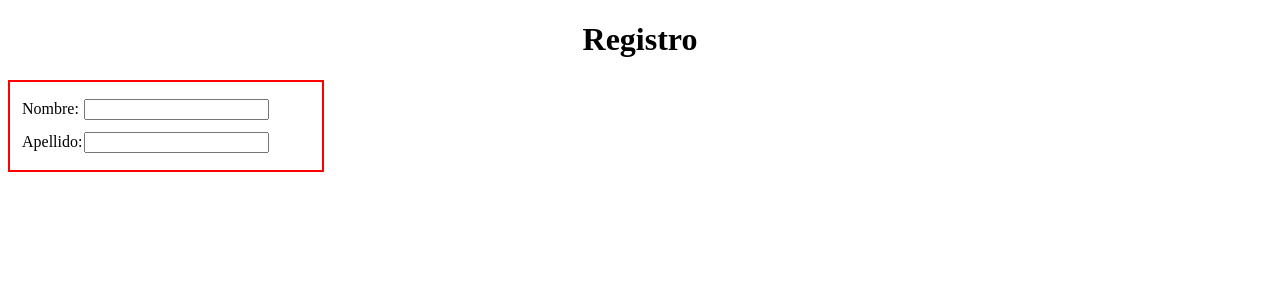
Repository: jchemile/varios
Page: pildoras_informaticas/javaee/Primeros_pasos_JSP/WebContent/Formuario_Login.html
These files come from the project's save history. The page is drawn as it stood at one moment and after the next save; the edit follows.
The browser window is 1280 px wide. The pictures show the whole page.

Above is the page before, as saved 2020-04-20 05:04:58.

### pildoras_informaticas/javaee/Primeros_pasos_JSP/WebContent/Formuario_Login.html
<!doctype html>

<html>
<head>
<meta charset = "utf-8">
<title>Documento sin título</title>
<style>

body{
	background-color = #FFC;
}

table{
	backgroud: #FF6;
	padding: 10px;
	border: solid 2px #FF0000;
}

td{
	padding: 5px 0;
}

</style>
</head>

<body>
<h1 style = "text-align:center">Registro</h1>
<form action="" method = "get">
	<table width="25%">

	  <tr>
		<td width="13%"><label for="nombre">Nombre: </label></td>
		<td width="87%"><input type="text" name ="nombre" id = "nombre"></td>
	  </tr>

	  <tr>
	  	<td><label for = "apellido">Apellido: </label></td>
	  	<td><input type = "text" name = "apellido" id="apellido"></td>
	  </tr>

	</table>

</form>

</body>

</html>

After the next save:
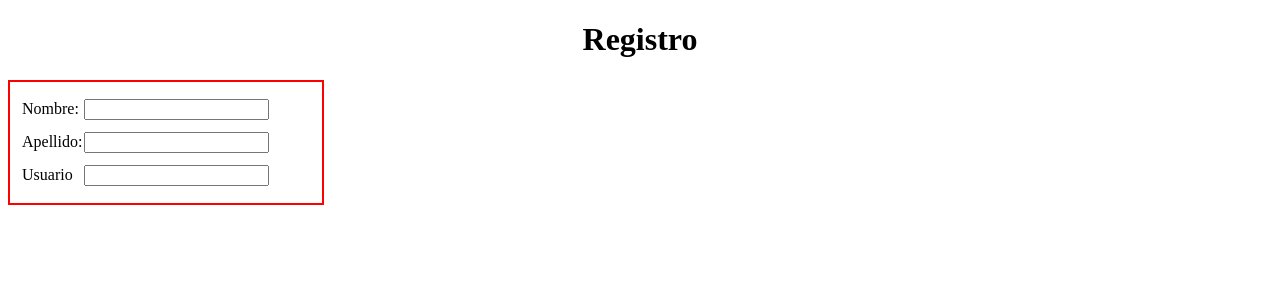
Saved 6 min 49 s later.
--- a/pildoras_informaticas/javaee/Primeros_pasos_JSP/WebContent/Formuario_Login.html
+++ b/pildoras_informaticas/javaee/Primeros_pasos_JSP/WebContent/Formuario_Login.html
@@ -38,6 +38,11 @@ td{
 	  	<td><input type = "text" name = "apellido" id="apellido"></td>
 	  </tr>
 
+	  <tr>
+	  	<td><label for = "usuario">Usuario</label></td>
+	  	<td><input type = "text" name = "usuario" id = "usuario"></td>
+	  </tr>
+
 	</table>
 
 </form>
